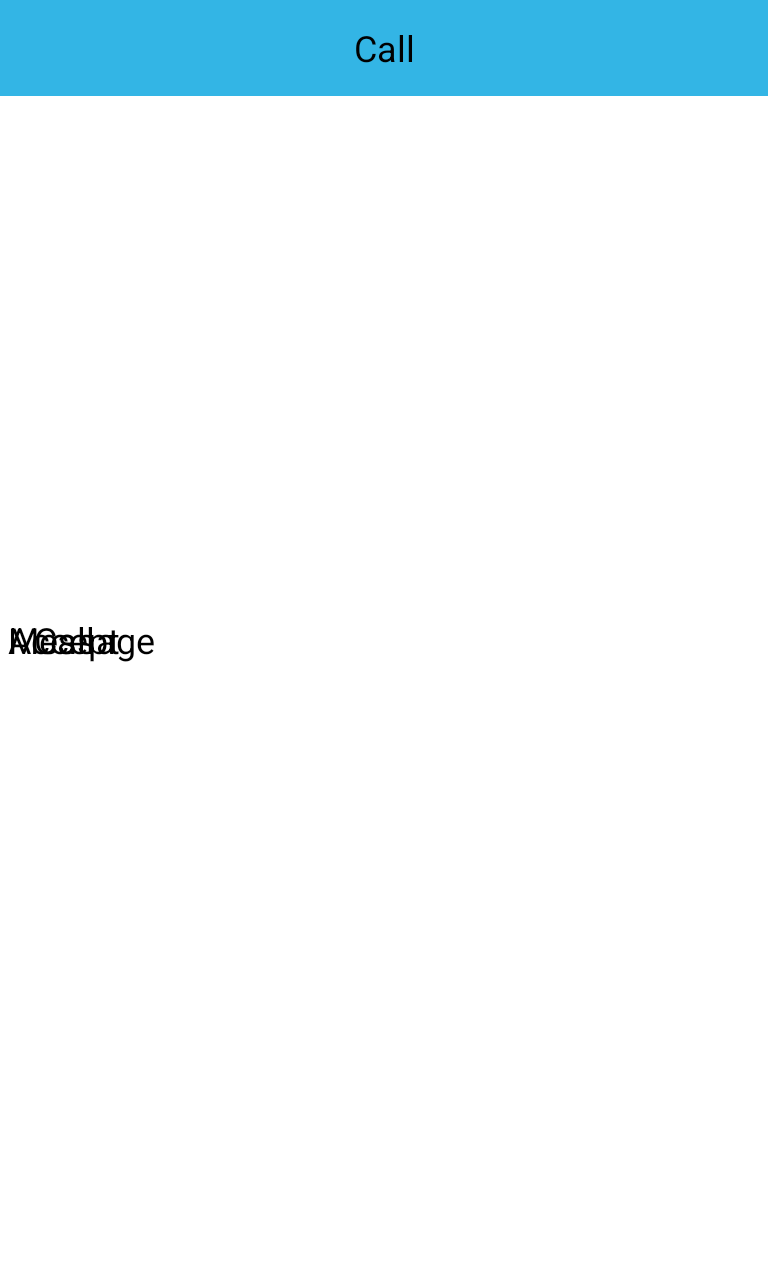
Repository: srivast6/SafeWalk
Layout: android/SafeWalk/res/layout/tryout.xml
The author's editor kept a copy of each file at every save. The layout is drawn from the files as they stood at one save, then again after the next save.
It is drawn on a 768 x 1280 px phone screen (xhdpi) without system bars, with theme android:Theme.Holo.Light; the app's code is not run.

Above is the layout before, as saved 2013-11-20 16:08:41.

### android/SafeWalk/res/layout/tryout.xml
<?xml version="1.0" encoding="utf-8"?>
<RelativeLayout xmlns:android="http://schemas.android.com/apk/res/android"
    android:layout_width="match_parent"
    android:layout_height="match_parent" >

    <RelativeLayout
        android:id="@+id/linearLayout1"
        style="?android:attr/buttonBarStyle"
        android:layout_width="wrap_content"
        android:layout_height="wrap_content"
        android:layout_alignParentBottom="true"
        android:layout_alignTop="@+id/linearLayout3"
        android:orientation="horizontal" >

        <Button
            android:id="@+id/callButton"
            android:layout_width="156dp"
            android:layout_height="wrap_content"
            android:layout_alignParentLeft="true"
            android:layout_alignParentRight="true"
            android:layout_marginBottom="22dp"
            android:layout_weight="0"
            android:background="@android:color/holo_blue_light"
            android:orientation="horizontal"
            android:text="Call" />

        <Button
            android:id="@+id/btn_callSafewalk"
            style="?android:attr/buttonBarButtonStyle"
            android:layout_width="wrap_content"
            android:layout_height="fill_parent"
            android:layout_weight="0.35"
            android:text="Accept" />

        <Button
            android:id="@+id/btn_callPolice2"
            style="?android:attr/buttonBarButtonStyle"
            android:layout_width="wrap_content"
            android:layout_height="fill_parent"
            android:layout_weight="0.33"
            android:text="Call" />

        <Button
            android:id="@+id/btn_callPolice"
            style="?android:attr/buttonBarButtonStyle"
            android:layout_width="wrap_content"
            android:layout_height="fill_parent"
            android:layout_weight="0.33"
            android:text="Message" />
    </RelativeLayout>


</RelativeLayout>

After the next save:
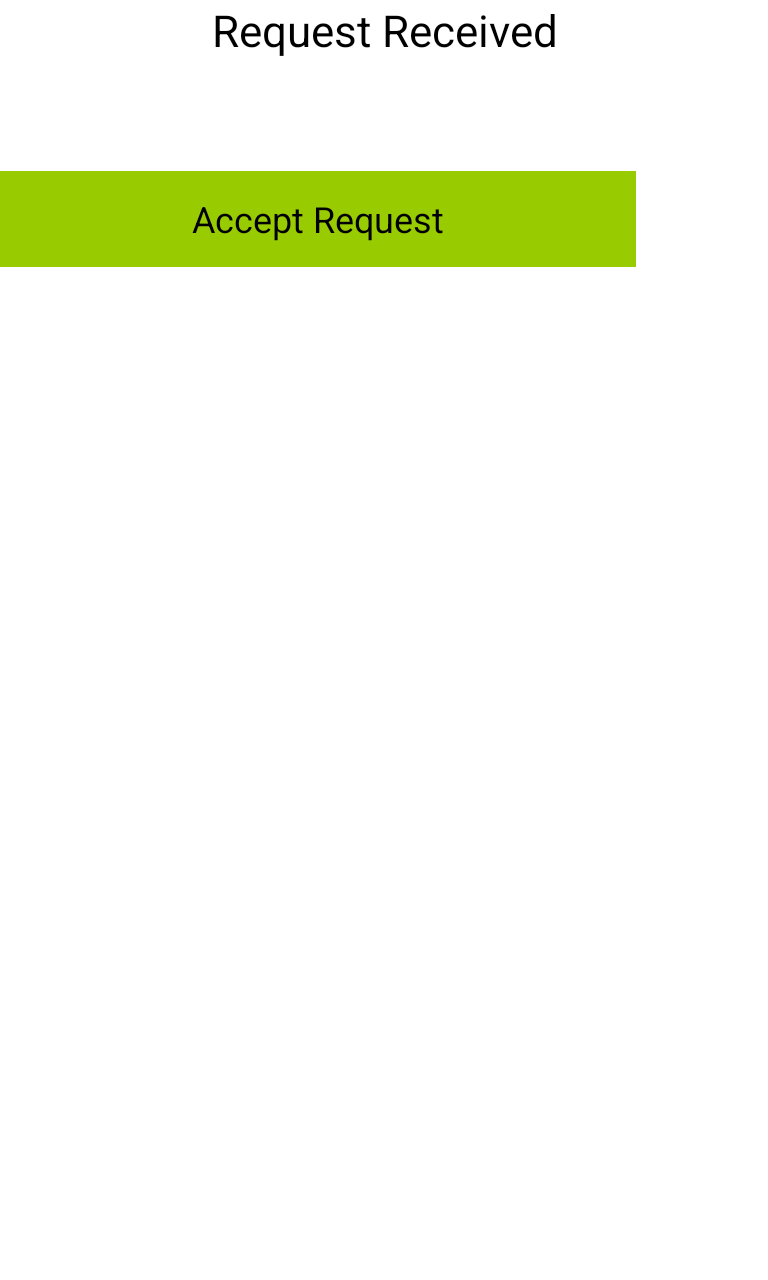
Saved 34 s later.
--- a/android/SafeWalk/res/layout/tryout.xml
+++ b/android/SafeWalk/res/layout/tryout.xml
@@ -4,49 +4,31 @@
     android:layout_height="match_parent" >
 
     <RelativeLayout
-        android:id="@+id/linearLayout1"
-        style="?android:attr/buttonBarStyle"
-        android:layout_width="wrap_content"
+        android:id="@+id/linearLayout2"
+        android:layout_width="match_parent"
         android:layout_height="wrap_content"
-        android:layout_alignParentBottom="true"
-        android:layout_alignTop="@+id/linearLayout3"
-        android:orientation="horizontal" >
+        android:layout_alignParentLeft="true"
+        android:layout_alignParentRight="true"
+        android:orientation="vertical" >
+
+        <TextView
+            android:id="@+id/tV_RqstResvd"
+            android:layout_width="match_parent"
+            android:layout_height="wrap_content"
+            android:layout_alignParentTop="true"
+            android:gravity="center"
+            android:text="Request Received"
+            android:textAppearance="?android:attr/textAppearanceLarge" />
 
         <Button
-            android:id="@+id/callButton"
-            android:layout_width="156dp"
+            android:id="@+id/AcceptButton"
+            android:layout_width="318dp"
             android:layout_height="wrap_content"
-            android:layout_alignParentLeft="true"
-            android:layout_alignParentRight="true"
-            android:layout_marginBottom="22dp"
-            android:layout_weight="0"
-            android:background="@android:color/holo_blue_light"
-            android:orientation="horizontal"
-            android:text="Call" />
-
-        <Button
-            android:id="@+id/btn_callSafewalk"
-            style="?android:attr/buttonBarButtonStyle"
-            android:layout_width="wrap_content"
-            android:layout_height="fill_parent"
-            android:layout_weight="0.35"
-            android:text="Accept" />
-
-        <Button
-            android:id="@+id/btn_callPolice2"
-            style="?android:attr/buttonBarButtonStyle"
-            android:layout_width="wrap_content"
-            android:layout_height="fill_parent"
-            android:layout_weight="0.33"
-            android:text="Call" />
-
-        <Button
-            android:id="@+id/btn_callPolice"
-            style="?android:attr/buttonBarButtonStyle"
-            android:layout_width="wrap_content"
-            android:layout_height="fill_parent"
-            android:layout_weight="0.33"
-            android:text="Message" />
+            android:layout_below="@id/tV_RqstResvd"
+            android:layout_marginTop="56dp"
+            android:background="@android:color/holo_green_light"
+            android:gravity="center"
+            android:text="Accept Request" />
     </RelativeLayout>
 
 
